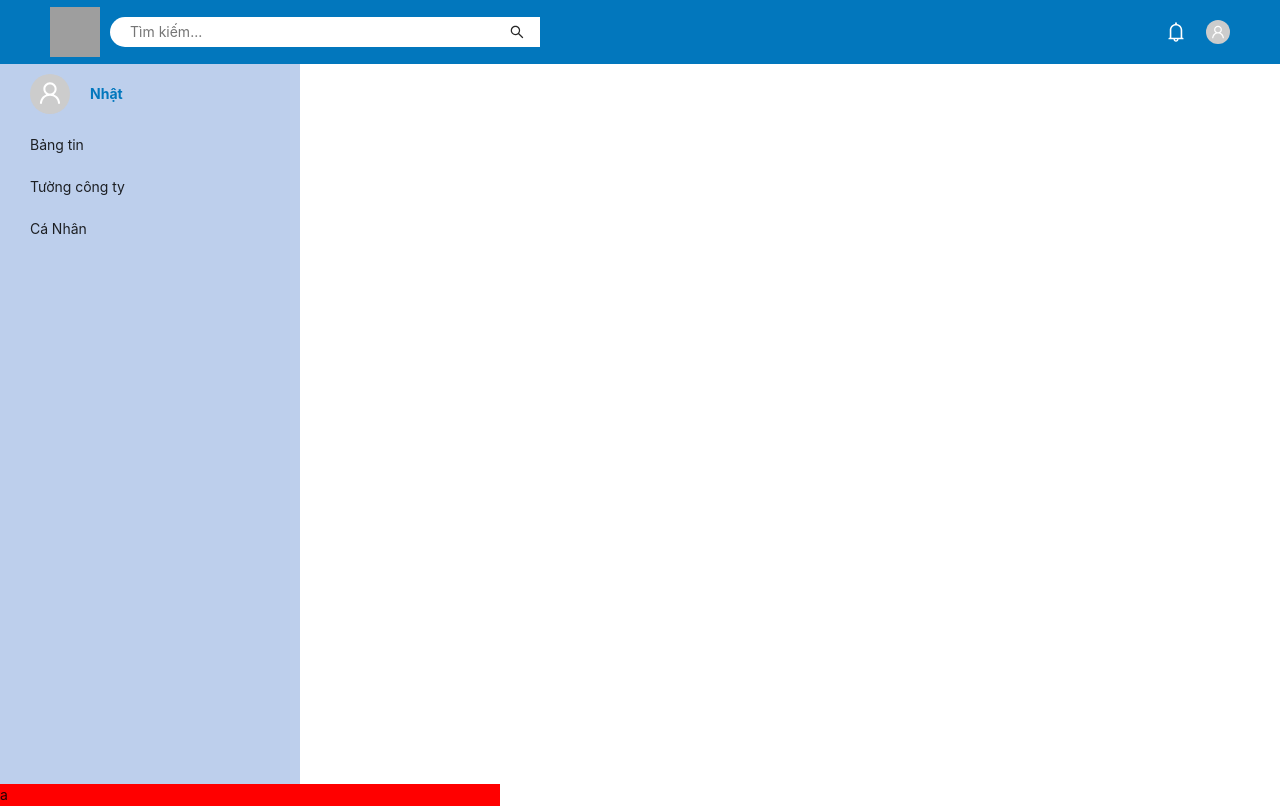
Repository: baonhat27/SocialNetwork_FE
Page: /home
The author's editor kept a copy of each file at every save. The page is drawn from the files as they stood at one save, then again after the next save.
The browser window is 1280 px wide. The pictures show the whole page.
Pictures or frames that could not be fetched are drawn as grey boxes. The project was rebuilt for these pictures with package versions that can differ from the ones it lists, and the page was loaded fresh each time. Also part of the build but not shown: src/containers/home/component/HomeComponent.module.css, src/containers/loginPage/component/LoginPageComponent.module.css, src/components/Input/Input.module.css, src/components/Input/Input.js, src/components/Button/Button.module.css, src/components/Button/Button.js, src/containers/loginPage/component/LoginPageComponent.js, src/containers/loginPage/LoginPageContainer.js.

Above is the page before, as saved 2022-03-09 22:16:34.

### public/index.html
<!DOCTYPE html>
<html lang="en">
  <head>
    <meta charset="utf-8" />
    <link rel="icon" href="%PUBLIC_URL%/favicon.ico" />
    <meta name="viewport" content="width=device-width, initial-scale=1" />
    <meta name="theme-color" content="#000000" />
    <meta
      name="description"
      content="Web site created using create-react-app"
    />
    <link rel="apple-touch-icon" href="%PUBLIC_URL%/logo192.png" />
    <!--
      manifest.json provides metadata used when your web app is installed on a
      user's mobile device or desktop. See https://developers.google.com/web/fundamentals/web-app-manifest/
    -->
    <link rel="manifest" href="%PUBLIC_URL%/manifest.json" />
    <!--
      Notice the use of %PUBLIC_URL% in the tags above.
      It will be replaced with the URL of the `public` folder during the build.
      Only files inside the `public` folder can be referenced from the HTML.

      Unlike "/favicon.ico" or "favicon.ico", "%PUBLIC_URL%/favicon.ico" will
      work correctly both with client-side routing and a non-root public URL.
      Learn how to configure a non-root public URL by running `npm run build`.
    -->
    <title>Social network</title>
  </head>
  <body>
    <noscript>You need to enable JavaScript to run this app.</noscript>
    <div id="root"></div>
    <!--
      This HTML file is a template.
      If you open it directly in the browser, you will see an empty page.

      You can add webfonts, meta tags, or analytics to this file.
      The build step will place the bundled scripts into the <body> tag.

      To begin the development, run `npm start` or `yarn start`.
      To create a production bundle, use `npm run build` or `yarn build`.
    -->
  </body>
</html>

### src/index.js
import React from 'react';
import ReactDOM from 'react-dom';
import './index.css';
import App from './App';
import 'antd/dist/antd.min.css'
import reportWebVitals from './reportWebVitals';
import { BrowserRouter } from 'react-router-dom';

ReactDOM.render(
  <React.StrictMode>
    <BrowserRouter>
      <App />
    </BrowserRouter>
  </React.StrictMode>,
  document.getElementById('root')
);

// If you want to start measuring performance in your app, pass a function
// to log results (for example: reportWebVitals(console.log))
// or send to an analytics endpoint. Learn more: https://bit.ly/CRA-vitals
reportWebVitals();

### src/App.js
import { Route,Switch } from 'react-router-dom';
import './App.css';
import HeaderContainer from './containers/header/HeaderContainer';
import HomeContainer from './containers/home/HomeContainer';
import LoginPageContainer from './containers/loginPage/LoginPageContainer';
function App() {
  return (
    <div className="App">
      <Switch>
        <Route path='/login'>
          <LoginPageContainer/>
        </Route>
        <Route path="/home">
            <HeaderContainer/>
            <HomeContainer/>
        </Route>
      </Switch>
    </div>
  );
}

export default App;

### src/containers/header/HeaderContainer.js
import React from 'react';
import HeaderComponent from './component/HeaderComponent';

const HeaderContainer = () => {
    return (
        <HeaderComponent></HeaderComponent>
    );
};

export default HeaderContainer;

### src/containers/home/HomeContainer.js
import HomeComponent from "./component/HomeComponent"
import React from 'react';

const HomeContainer = () => {
    return (
        <div>
            <HomeComponent/>
        </div>
    );
};

export default HomeContainer;

### src/containers/header/component/HeaderComponent.js
import React from 'react';
import { Layout} from "antd";
import { Avatar } from 'antd';
import { UserOutlined, BellOutlined  } from '@ant-design/icons';
import styles from "./header.module.css"
import Search from '../../../components/Search/Search';


const { Header } = Layout;


const HeaderComponent = () => {
    return (
        <Header className={styles.header}>
            <div class={styles.header_left}>
                <img className={styles.img_logo}
                    src='https://images.yourstory.com/cs/images/companies/484073261089321671237850235461832427438080n-1609922812339.png'
                />
                <Search/>
            </div>
            <div class={styles.header_right}>
                <BellOutlined
                    style={{fontSize: '20px', color:'white'}}
                />
                <Avatar size="small" icon={<UserOutlined />} style={{marginLeft: 20,marginRight: 0}} />
            </div>
        </Header>
    );
};

export default HeaderComponent;

### src/containers/home/component/HomeComponent.js
import styles from "./HomeComponent.module.css"
import React from "react";
import { Layout, Avatar } from "antd";
import SiderContainer from "../../sider/SiderContainer";
import ContentContainer from "../../content/ContentContainer";

const {  Content } = Layout;

const HomeComponent = (props) => {
    return (
        <>
            <SiderContainer/>
            <ContentContainer/>
        </>

    );
};

export default HomeComponent;

### src/containers/header/component/header.module.css
.header{
    background-color: #0277bd !important;
    display: flex;
    justify-content: space-between;
    align-items: center;
}
.header_left{
    display: flex;
    align-items: center;
}
.header_right{
    display: flex;
    align-items: center;
}
.search {
    margin-left: 50px;
    width: 400px !important;
}
.img_logo{
    width: 50px;
    height: 50px;
    background-size: cover;
}

### src/components/Search/Search.js
import React from 'react';
import './Search.css'
import { SearchOutlined } from '@ant-design/icons';

const Search = () => {
    return (
    <>
        <input
            placeholder='Tìm kiếm...'
            className='inputSearch'
        />
        <SearchOutlined
            className='iconSearch'
        />

    </>
    );
};

export default Search;

### src/containers/sider/SiderContainer.js
import React from 'react';
import SiderComponent from './component/SiderComponent';

const SiderContainer = () => {
    return (
        <SiderComponent>

        </SiderComponent>
    );
};

export default SiderContainer;

### src/containers/content/ContentContainer.js
import React from 'react';
import ContentComponent from './component/ContentComponent';

const ContentContainer = () => {
    return (
        <ContentComponent>

        </ContentComponent>
    );
};

export default ContentContainer;

### src/components/Search/Search.css
.inputSearch{
    border: none;
    border-top-left-radius: 20px;
    border-bottom-left-radius: 20px;
    width: 400px;
    height: 30px;
    margin-left: 10px;
    padding-left: 20px;
}
.iconSearch{

    background-color: white;
    height: 30px;
    width: 30px;
    display: flex;
    padding: 8px 0px;
}
.iconSearch:hover{
    cursor: pointer;
}

### src/containers/sider/component/SiderComponent.js
import React from 'react';
import styles from './Sider.module.css'
import {  Avatar } from "antd";
import { UserOutlined } from "@ant-design/icons";


const SiderComponent = (props) => {
    return (
        <div className={styles.sider}>
            <div className={`${styles.user_info} ${styles.sider_item}`}>
                    <Avatar size="large" icon={<UserOutlined/>}></Avatar>
                    <div className={styles.user_name}> Nhật</div>
            </div>
            <div className={styles.sider_item}>
                Bảng tin
            </div>
            <div className={styles.sider_item}>Tường công ty</div>
            <div className={styles.sider_item}>Cá Nhân</div>
        </div>
    );
};

export default SiderComponent;

### src/containers/content/component/ContentComponent.js
import React from 'react';
import styles from "./ContentComponent.module.css"

const ContentComponent = () => {
    return (
        <div className={styles.a}>
            <p>a</p>
        </div>
    );
};

export default ContentComponent;

### src/containers/sider/component/Sider.module.css
.sider{
    background-color: #bdcfec !important;
    height: 100vh;
    display: flex;
    width: 300px;
    display: flex;
    flex-direction: column;
}
.sider_item{
    margin: 10px 0px 10px 30px;
}
.sider_item:hover{
    cursor: pointer;
    opacity: 75%;
    background-color: #0277bd;
}
.user_info{
    display: flex;
}
.user_name{
    margin-left: 20px;
    color: #0277bd;
    font-weight: 700;
    display: flex;
    align-items: center;
}

### src/containers/content/component/ContentComponent.module.css
.a{
    background-color: red;
    width: 500px;
}

Loaded but not shown: src/index.css (common file); src/reportWebVitals.js (common file); src/App.css (no stored copy; drawn as an empty file)

After the next save:
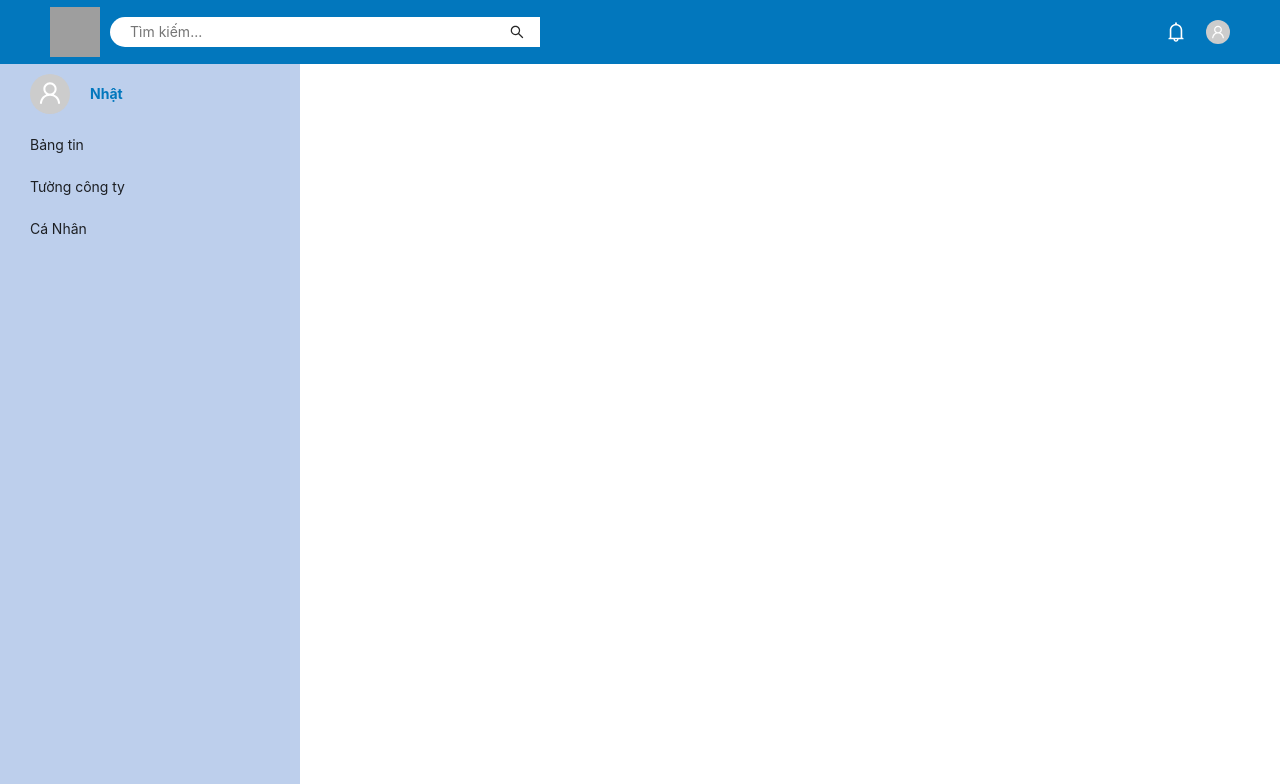
Saved 16 s later.
--- a/src/containers/content/component/ContentComponent.js
+++ b/src/containers/content/component/ContentComponent.js
@@ -4,7 +4,7 @@ import styles from "./ContentComponent.module.css"
 const ContentComponent = () => {
     return (
         <div className={styles.a}>
-            <p>a</p>
+
         </div>
     );
 };
